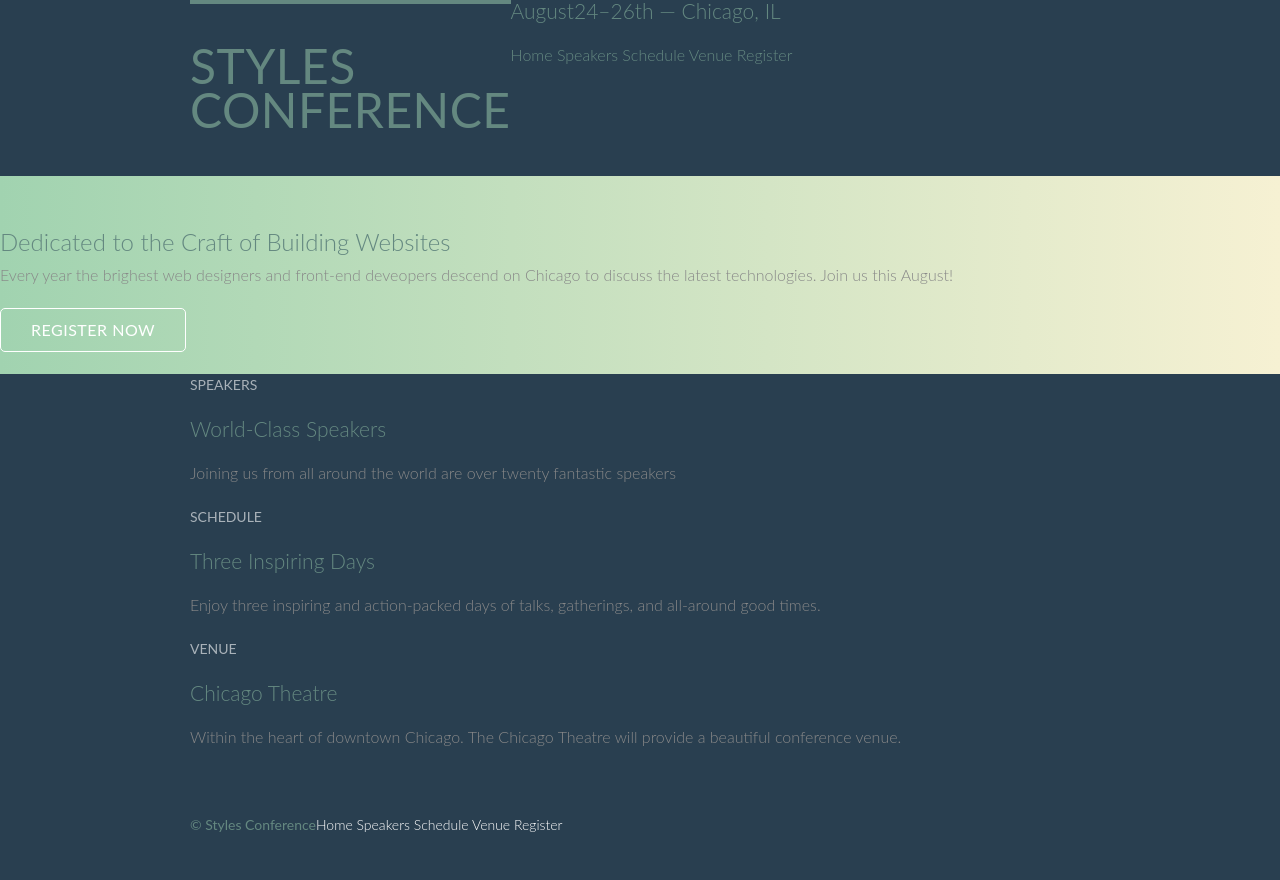
Repository: igorkovski/styles-conference
Page: speakers.html
The author's editor kept a record of every edit. The page is drawn from the files as they stood at one moment, then again after the next edit.
The browser window is 1280 px wide. The pictures show the whole page.

Above is the page before.

After the next edit:
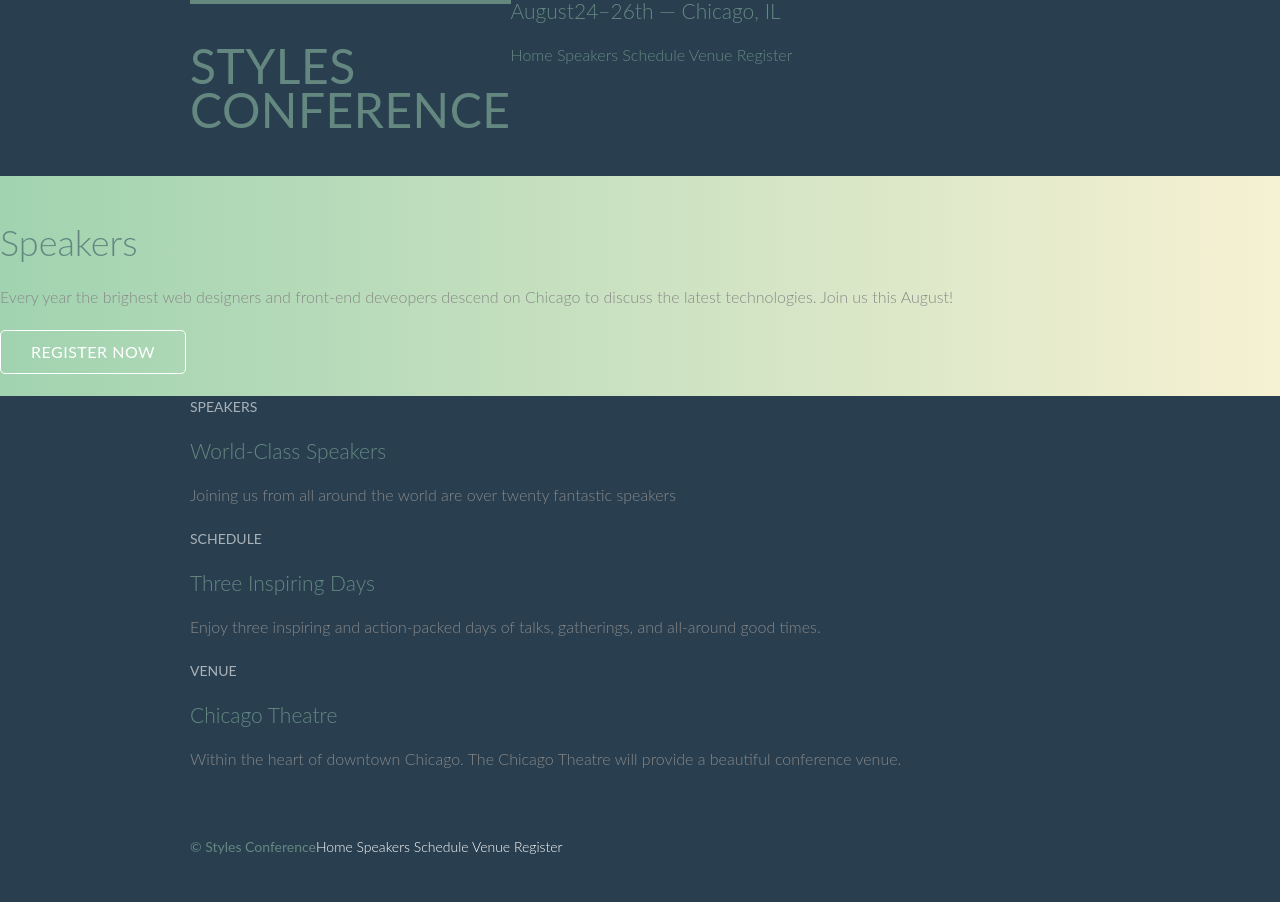
The edit:
--- a/speakers.html
+++ b/speakers.html
@@ -30,7 +30,7 @@
 		<section class="row-alt">
 		  <div class="conatiner">
 
-			<h2>Dedicated to the Craft of Building Websites</h2>
+			<h1>Speakers</h1>
 
 			<p>Every year the brighest web designers and front-end deveopers descend on Chicago to discuss the latest technologies. Join us this August!</p>
 			<a class="btn btn-alt" href="register.html">Register Now</a>
